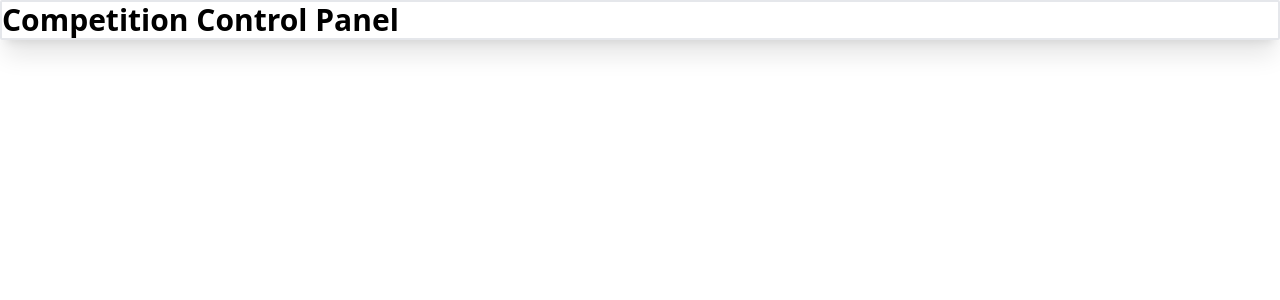
Repository: techieRahul17/blackoutscreen
Page: public/admin1.html
These files come from the project's save history. The page is drawn as it stood at one moment and after the next save; the edit follows.
The browser window is 1280 px wide. The pictures show the whole page.
Some web libraries are served in a nearby version.

Above is the page before, as saved 2025-08-28 19:16:22.

After the next save:
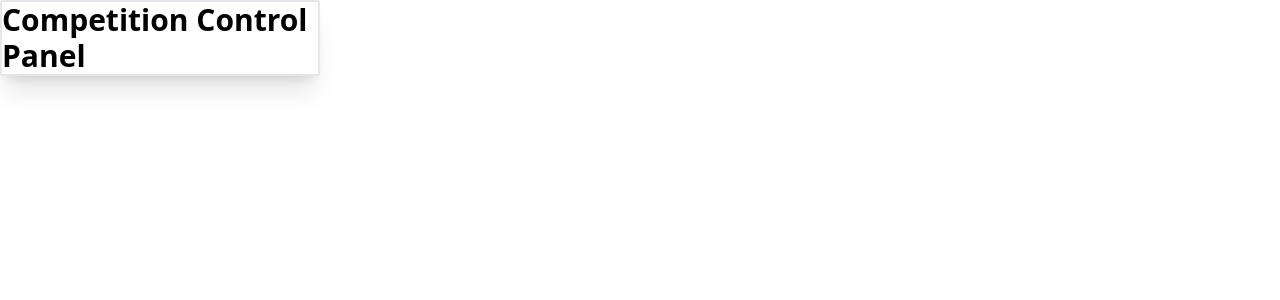
Saved 13 s later.
--- a/public/admin1.html
+++ b/public/admin1.html
@@ -4,7 +4,7 @@
     <title>Admin Page</title>
     <script src="https://cdn.tailwindcss.com"></script>
     <div>
-      <div class="w-140 h-30 rounded-sm border-2 shadow-xl">
+      <div class="w-80 h-30 rounded-sm border-2 shadow-xl">
        <h1 class="text-3xl font-bold text-black">Competition Control Panel</h1>
 
 

After the save that followed:
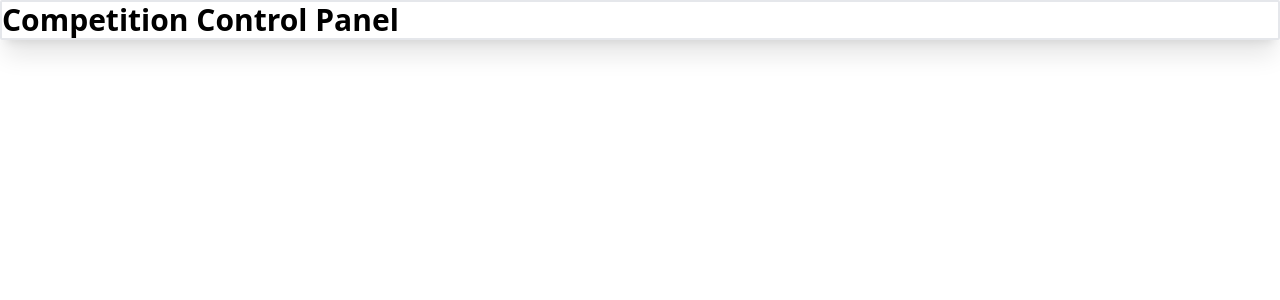
Saved 7 s later.
--- a/public/admin1.html
+++ b/public/admin1.html
@@ -4,7 +4,7 @@
     <title>Admin Page</title>
     <script src="https://cdn.tailwindcss.com"></script>
     <div>
-      <div class="w-80 h-30 rounded-sm border-2 shadow-xl">
+      <div class="w-100 h-30 rounded-sm border-2 shadow-xl">
        <h1 class="text-3xl font-bold text-black">Competition Control Panel</h1>
 
 
